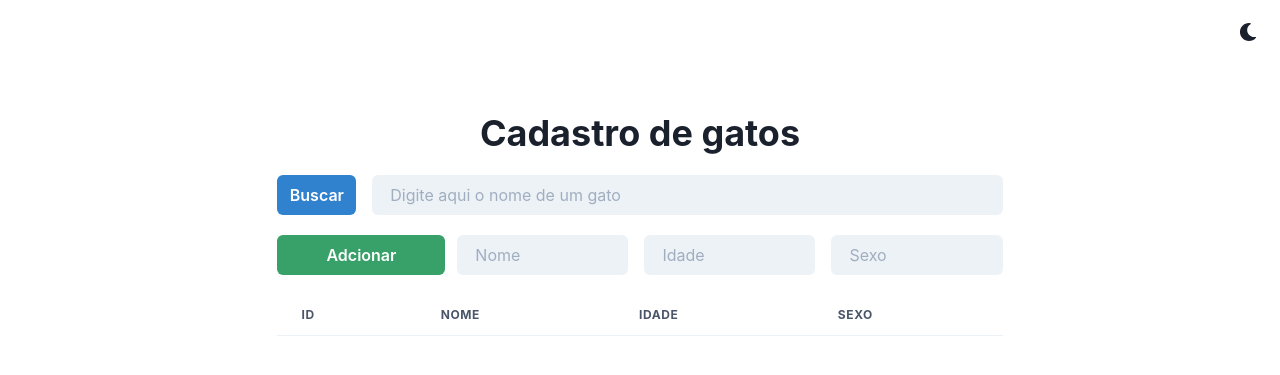
Repository: thislucasme/front-end-cats-react.js
Page: /
An editor plug-in stored every save of this project. The page is shown before and after the next save, followed by the edit.
The browser window is 1280 px wide. The pictures show the whole page.
The page's requests for data from a server got no answer. The project was rebuilt for these pictures with package versions that can differ from the ones it lists, and the page was loaded fresh each time. No one was signed in, and anything a server would have sent is missing.

Above is the page before, as saved 2021-10-26 17:22:47.

### src/App.tsx
import React, { useState, useEffect } from "react";
import {
  ChakraProvider,
  Box,
  VStack,
  Grid,
  theme,
  Flex,
  Button,
  Spacer,
  Input,
  Container,
  Heading,
  Table,
  Thead,
  Tbody,
  Tr,
  Th,
  Td
} from "@chakra-ui/react"
import { ColorModeSwitcher } from "./ColorModeSwitcher"
import axios from "axios";
import { Cat } from "./cat.interface";
export const App = () => {
  const [gatos, setGatos] = useState<Cat[]>();
  const [dados, setDataSate] = useState({nome: "", idade: "", sexo: ""});

  const teste = {
     nome: "teste",
      idade: 88,
      sexo: "M"
  }

  function handleEvent(e: React.ChangeEvent<HTMLInputElement>) {
    const newValue = e.target.value;
    setDataSate({ nome: "", idade: "", sexo: ""});
    console.log(newValue);
  }

  const salvar = () => {
    axios.post<Cat>('http://localhost:3000/cats/cat', teste)
      .then(result => {
        console.log("salvo")
      }).catch(error => {
        console.log("erro ao salvar")
      });
  }

  useEffect(() => {
    axios.get<Cat[]>('http://localhost:3000/cats')
      .then(response => {
        setGatos(response.data)
        console.log(gatos);
        }).catch(error => {
          console.log("Ocorreu um erro: " + error);
        });

  }, [])

  return (
     <ChakraProvider theme={theme}>
    <Box textAlign="center" fontSize="xl">
      <Grid minH="100vh" p={3}>
        <ColorModeSwitcher justifySelf="flex-end" />
        <VStack spacing={8}>
          <Container borderRadius={3} w={"80%"} h={"80vh"}>
            <Heading p={5}>Cadastro de gatos</Heading>
            <Flex>
              <Button colorScheme="blue">Buscar</Button>
              <Spacer />
              <Input ml={4} variant="filled" placeholder="Digite aqui o nome de um gato" />
            </Flex>
            <Flex mt={5}>
              <Button mr={3} w="full" colorScheme="green" onClick={() => {salvar()}}>Adcionar</Button>
              <Input value={dados.nome} onChange={handleEvent} variant="filled" placeholder="Nome" />
              <Input valule={dados.idade} onChange={handleEvent} ml={4} variant="filled" placeholder="Idade" />
              <Input value={dados.sexo} onChange={handleEvent} ml={4} variant="filled" placeholder="Sexo" />
            </Flex>

            <Table mt={5} variant="simple">
              <Thead>
                  <Tr>
                  <Th>ID</Th>
                  <Th>Nome</Th>
                  <Th>Idade</Th>
                  <Th>Sexo</Th>
                </Tr>
              </Thead>
              <Tbody>
                 {gatos?.map((res) => (
                   <Tr color={"gray"} fontSize={"md"}>
                     <Td>{ res.idGato}</Td>
                     <Td>{ res.nome}</Td>
                      <Td>{ res.idade}</Td>
                     <Td> {res.sexo}</Td>
                      </Tr>
                 ))}

              </Tbody>

            </Table>
          </Container>
        </VStack>
      </Grid>
    </Box>
  </ChakraProvider>
  );
}

### src/ColorModeSwitcher.tsx
import * as React from "react"
import {
  useColorMode,
  useColorModeValue,
  IconButton,
  IconButtonProps,
} from "@chakra-ui/react"
import { FaMoon, FaSun } from "react-icons/fa"

type ColorModeSwitcherProps = Omit<IconButtonProps, "aria-label">

export const ColorModeSwitcher: React.FC<ColorModeSwitcherProps> = (props) => {
  const { toggleColorMode } = useColorMode()
  const text = useColorModeValue("dark", "light")
  const SwitchIcon = useColorModeValue(FaMoon, FaSun)

  return (
    <IconButton
      size="md"
      fontSize="lg"
      variant="ghost"
      color="current"
      marginLeft="2"
      onClick={toggleColorMode}
      icon={<SwitchIcon />}
      aria-label={`Switch to ${text} mode`}
      {...props}
    />
  )
}

Loaded but not shown: public/index.html (common file); src/index.tsx (common file); src/reportWebVitals.ts (common file); src/serviceWorker.ts (common file)

After the next save:
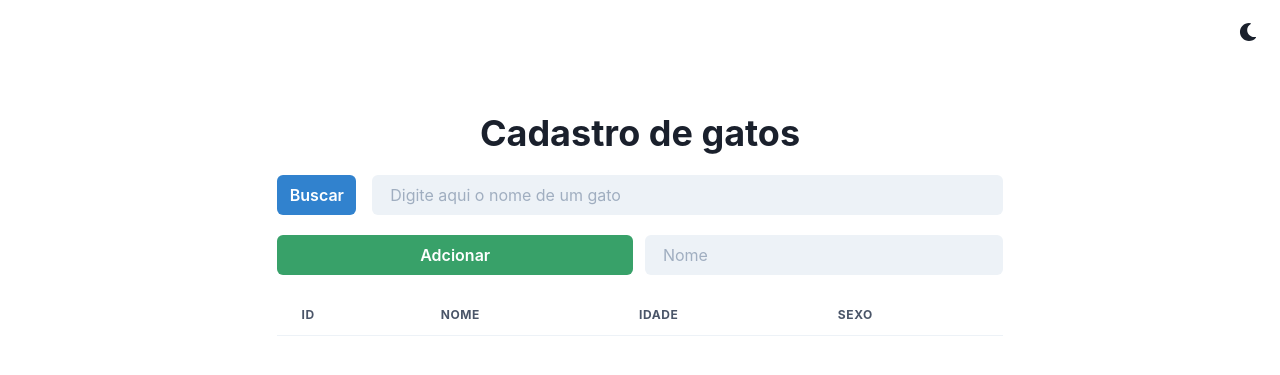
Saved 3 min 0 s later.
--- a/src/App.tsx
+++ b/src/App.tsx
@@ -73,8 +73,7 @@
             <Flex mt={5}>
               <Button mr={3} w="full" colorScheme="green" onClick={() => {salvar()}}>Adcionar</Button>
               <Input value={dados.nome} onChange={handleEvent} variant="filled" placeholder="Nome" />
-              <Input valule={dados.idade} onChange={handleEvent} ml={4} variant="filled" placeholder="Idade" />
-              <Input value={dados.sexo} onChange={handleEvent} ml={4} variant="filled" placeholder="Sexo" />
+
             </Flex>
 
             <Table mt={5} variant="simple">

After the save that followed:
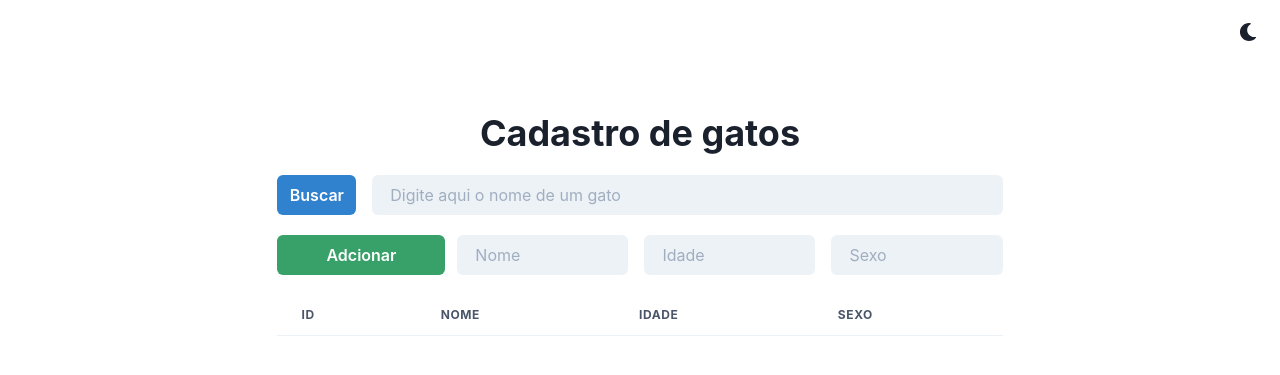
Saved 9 s later.
--- a/src/App.tsx
+++ b/src/App.tsx
@@ -73,7 +73,8 @@
             <Flex mt={5}>
               <Button mr={3} w="full" colorScheme="green" onClick={() => {salvar()}}>Adcionar</Button>
               <Input value={dados.nome} onChange={handleEvent} variant="filled" placeholder="Nome" />
-
+              <Input valule={dados.idade} onChange={handleEvent} ml={4} variant="filled" placeholder="Idade" />
+              <Input value={dados.sexo} onChange={handleEvent} ml={4} variant="filled" placeholder="Sexo" />
             </Flex>
 
             <Table mt={5} variant="simple">
